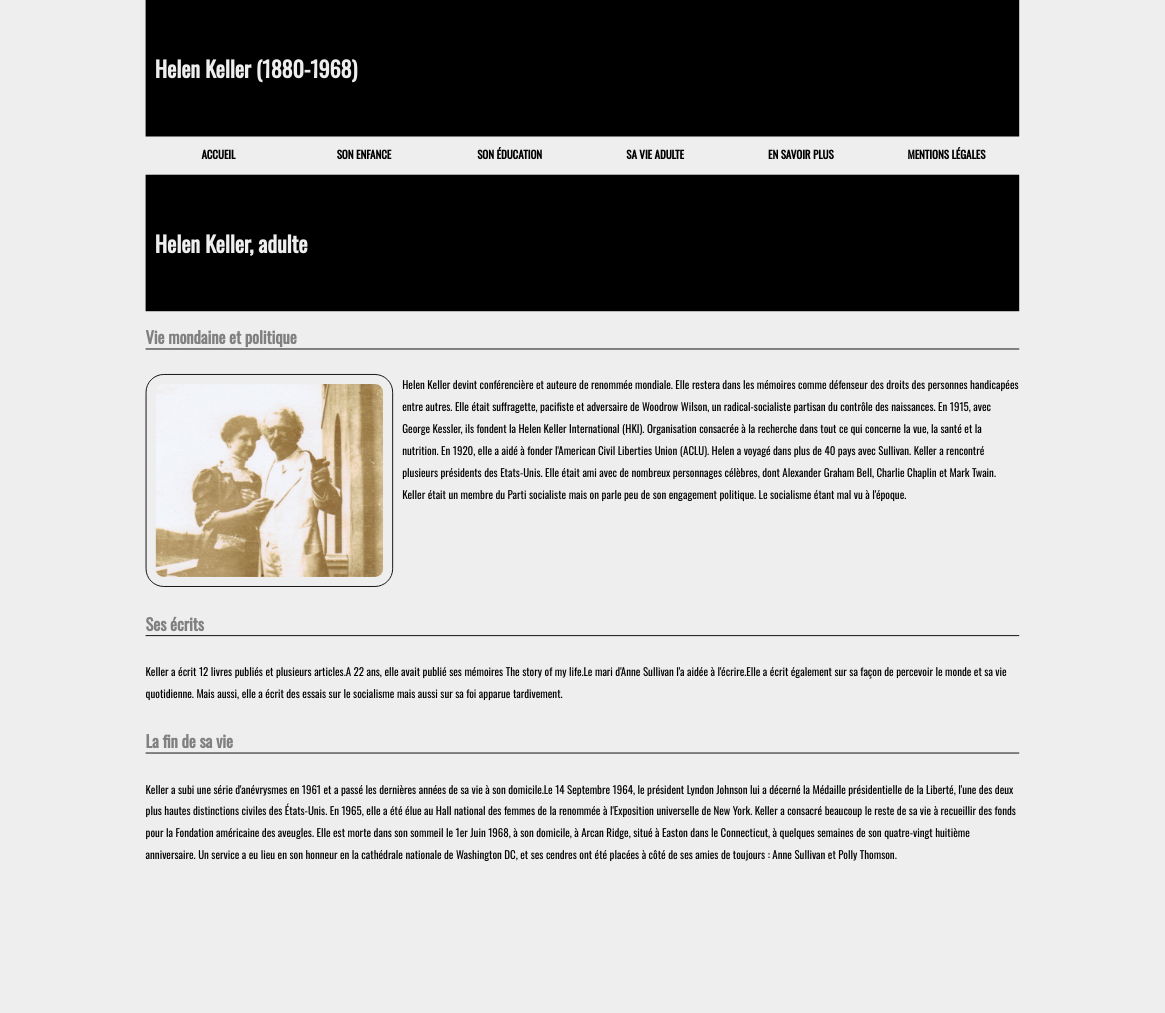
Repository: Luc010/Exercices
Page: HTML CSS/biographie_helen_keller/adulte.html
The author's editor kept a copy of each file at every save. The page is drawn from the files as they stood at one save, then again after the next save.
The browser window is 1280 px wide. The pictures show the whole page, at 91% of full size.

Above is the page before, as saved 2019-09-04 15:41:51.

After the next save:
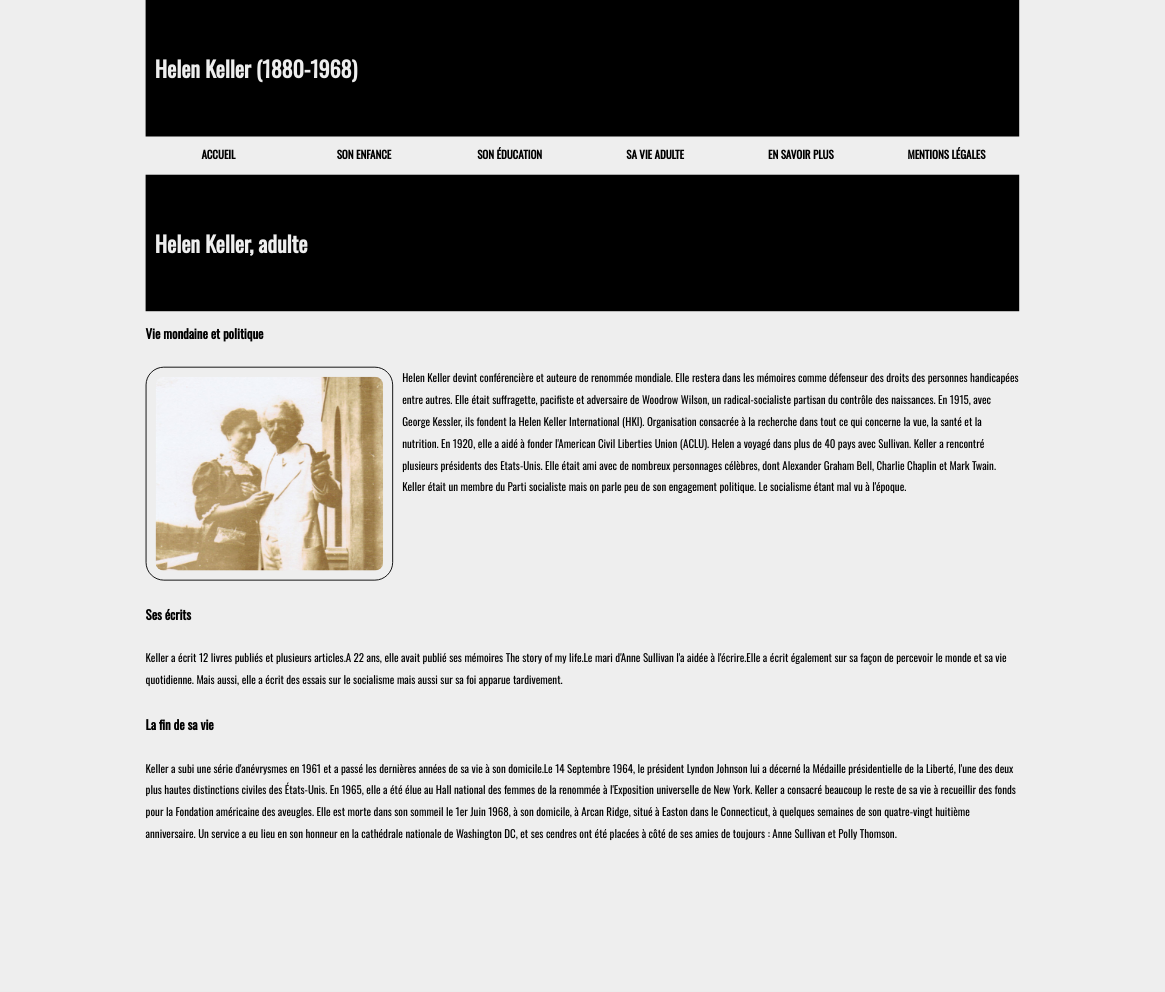
Saved 118 s later.
--- a/HTML CSS/biographie_helen_keller/adulte.html
+++ b/HTML CSS/biographie_helen_keller/adulte.html
@@ -28,7 +28,7 @@
     <main>
         <div class="container">
             <h1>Helen Keller, adulte</h1>
-            <h2>Vie mondaine et politique</h2>
+            <h3>Vie mondaine et politique</h3>
             <p><img align="left" src="img/hk7.jpg" alt="helene keller et george kessler"
                     style="width: 250px;margin-right:10px;">
                 Helen Keller devint
@@ -50,7 +50,7 @@
                 étant
                 mal vu à l'époque.
             </p>
-            <h2>Ses écrits</h2>
+            <h3>Ses écrits</h3>
             <p>
                 Keller a écrit 12 livres publiés et plusieurs articles.A 22 ans, elle avait publié ses mémoires The
                 story of my
@@ -59,7 +59,7 @@
                 sa vie quotidienne. Mais aussi, elle a écrit des essais sur le socialisme mais aussi sur sa foi apparue
                 tardivement.
             </p>
-            <h2>La fin de sa vie</h2>
+            <h3>La fin de sa vie</h3>
             <p>Keller a subi une série d'anévrysmes en 1961 et a passé les dernières années de sa vie à son domicile.Le
                 14
                 Septembre 1964, le président Lyndon Johnson lui a décerné la Médaille présidentielle de la Liberté,
